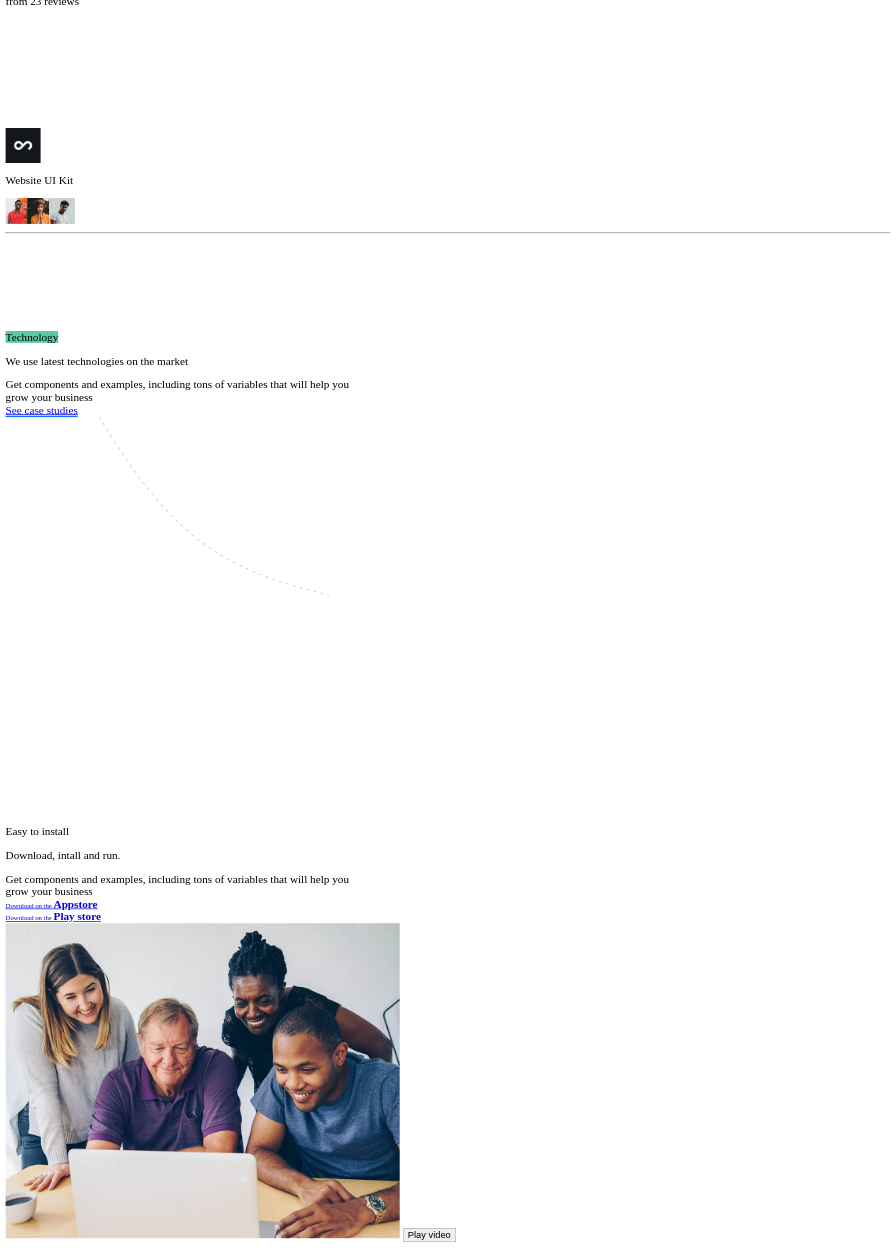
Repository: brandonc16/odoo-task
Page: components/hero.html
These files come from the project's save history. The page is drawn as it stood at one moment and after the next save; the edit follows.
The browser window is 1280 px wide. The pictures show the part of the page from y = 3417 to 5337 px (the page is 5200 px tall before and 5337 px after), at 70% of full size.

Above is the page before, as saved 2026-03-16 05:55:05.

### components/hero.html
<!-- SECTION CARD  -->
<div class="bg-primary text-white hero-style pb-10">
  <div class="pt-5">
    <div class="row align-items-center px-lg-10">
      <div class="col-12 col-lg-6 mb-5 mb-lg-0">
        <p class="display-4 fw-bold mb-4">Development done right</p>
        <p
          class="mb-4 text-white-50"
          style="font-size: 1.1rem; max-width: 400px"
        >
          Build a beautiful, modern website with flexible components built from
          scratch.
        </p>
        <button
          class="btn btn-light text-primary rounded-2 d-inline-flex align-items-center gap-2 fw-bold px-4 py-2 mb-5"
        >
          Get started <span class="fs-5">+</span>
        </button>

        <div class="d-flex align-items-center gap-4 flex-wrap mt-3">
          <span class="small text-white-50">Trusted by:</span>
          <span class="fw-bold d-flex align-items-center gap-1"
            ><i class="bi bi-google"></i>Google</span
          >
          <span class="fw-bold d-flex align-items-center gap-1"
            ><i class="bi bi-spotify"></i>Spotify</span
          >
          <span class="fw-bold fs-5">airbnb</span>
          <span class="fw-bold d-flex align-items-center gap-1"
            ><i class="bi bi-paypal"></i>PayPal</span
          >
        </div>
      </div>
      <div class="col-12 col-lg-6">
        <div
          class="card bg-white border-0 shadow-lg p-4 text-dark"
          style="
            border-radius: 1.5rem 1.5rem 4.5rem 1.5rem;
            max-width: 420px;
            margin: 0 auto;
          "
        >
          <div class="d-flex justify-content-between align-items-center mb-4">
            <p class="fw-bold" style="font-size: 0.85rem">Manage cards</p>
            <button
              class="btn btn-outline-secondary btn-sm px-3 rounded-2"
              style="font-size: 0.85rem"
            >
              Add new
            </button>
          </div>
          <div
            class="bg-card-dark text-white p-4 mb-4 shadow-sm"
            style="border-radius: 1rem"
          >
            <div class="d-flex justify-content-between align-items-start mb-4">
              <div class="d-flex">
                <a class="navbar-brand fw-fold fs-3" href="#">
                  <img
                    src="/assets/mastercard.svg"
                    alt="Odoo logo"
                    height="35"
                    class="d-inline-block align-text-top"
                  />
                </a>
              </div>
              <p
                class="badge bg-success text-success text-white border border-success border-opacity-25 px-2 py-1"
              >
                Active
              </p>
            </div>
            <p
              class="text-white-50 mb-1"
              style="font-size: 0.6rem; letter-spacing: 1px"
            >
              CARD NUMBER
            </p>
            <p class="mb-4" style="letter-spacing: 2px">
              4358 - 7421 - 9256 -6682
            </p>

            <div class="d-flex justify-content-between">
              <div>
                <p
                  class="text-white-50 mb-0"
                  style="font-family: 0.6rem; letter-spacing: 1px"
                >
                  NAME
                </p>
                <p class="mb-0 fw-bold small">John Snow</p>
              </div>
              <div>
                <p
                  class="text-white-50 mb-0"
                  style="font-family: 0.6rem; letter-spacing: 1px"
                >
                  EXPIRY DATE
                </p>
                <p class="mb-0 fw-bold small">11/23</p>
              </div>
            </div>
          </div>

          <div class="justify-content-between align-items-center mb-2">
            <div class="d-flex justify-content-between">
              <p class="mb-0 fw-bold">Starbucks</p>

              <span class="text-muted">$5,50 USD</span>
            </div>
            <p class="mb-0 text-muted" style="font-size: 0.85rem">
              Pending - San Francisco, United States
            </p>
            <hr
              class="text-secondary justify-content-between align-items-center mb-4"
            />

            <div class="d-flex justify-content-between">
              <p class="mb-0 fw-bold">Nike Sports</p>

              <span class="text-muted">$129,00 USD </span>
            </div>
            <p class="mb-0 text-muted" style="font-size: 0.85rem">
              Pending - Lisbon, Portugal
            </p>
            <hr
              class="text-secondary justify-content-between align-items-center mb-4"
            />

            <a href="#" class="text-decoration-underline text-primary"
              >View all</a
            >
          </div>
        </div>
      </div>
    </div>
  </div>
</div>
<!-- SECTION TOOLS -->

<div class="py-5 my-5">
  <div class="px-lg-10">
    <div class="row align-items-center">
      <div class="col-12 col-lg-6 mb-5 mb-lg-0">
        <div
          class="card border border-light border-1 shadow-sm p-4 p-lg-5 rounded-3 position-relative mt-n4 mt-lg-n5"
        >
          <div style="width: 90%">
            <p class="fw-bold mb-4 display-6">Awesome Projects</p>
            <div class="mb-4 p-3">
              <p class="fw-bold mb-2" style="font-size: 0.95">
                Create the new logo
              </p>
              <div class="progress rounded-pill" style="height: 6px">
                <div class="progress-bar- bg-warning" style="width: 45%"></div>
              </div>
            </div>
            <div class="mb-4 p-3">
              <p class="fw-bold mb-2" style="font-size: 0.95">
                Set up the color palette
              </p>
              <div class="progress rounded-pill" style="height: 6px">
                <div class="progress-bar- bg-warning" style="width: 60%"></div>
              </div>
            </div>

            <div class="mb-2 p-3">
              <div
                class="d-flex justify-content-between align-items-center mb-2"
              >
                <span class="fw-bold" style="font-size: 0.95rem">
                  Wireframe and prototype</span
                >
                <span style="font-size: 0.86rem"
                  >6:50 <i class="bi bi-chevron-right small"></i
                ></span>
              </div>

              <div class="progress rounded-pill" style="height: 6px">
                <div class="progress-bar- bg-warning" style="width: 80%"></div>
              </div>
            </div>
          </div>
        </div>
      </div>

      <div
        class="col-12 col-lg-5 offset-lg-1 text-center text-lg-start mt-5 mt-lg-0"
      >
      <span
      class="badge bg-warning text-white px-3 py-2 rounded-pill mb-4 fs-6"
    >
     Tools
    </span>
        <p class="display-5  mb-4">
          We build for designers and developers

        </p>
        <p
          class="text-muted fs-5 mb-3"
          style="max-width: 500px; margin: 0 auto"
        >
          Get components and examples, including tons of variables that will
          help you grow your bussines.
        </p>

        <div
          class="mt-4 mt-lg-5"
          style="width: 100%; max-width: 400px; z-index: 2"
        >
          <div class="rounded-2 overflow-hidden shadow-sm position-relative">
            <img
              src="/assets/img_01.jpg"
              alt="Team working"
              height="55"
              class="img-fluid w-100"
              style="height: 200px; object-fit: cover"
            />
            <button
              class="btn btn-light position-absolute top-0 end-0 m-3 fw-bold shadow-sm d-flex align-items-center gap-2 rounded-3"
            >
              Play video <i class="bi bi-play-fill"></i>
            </button>
          </div>
        </div>
      </div>
    </div>
  </div>
</div>

<svg
  class="position-absolute"
  style="
    top: 167%;
    left: 25%;
    z-index: 0;
    pointer-events: none;
    width: 50%;
    height: 83%;
  "
  viewBox="0 0 500 800"
  fill="none"
  xmlns="http://www.w3.org/2000/svg"
>
  <path
    d="M0,0 C150,250 250,300 450,350"
    stroke="#ced4da"
    stroke-width="2"
    stroke-dasharray="6 8"
    fill="none"
  />

  <!--   <path
    d="M400,600 C300,750 250,850 100,1000"
    stroke="#ced4da"
    stroke-width="2"
    stroke-dasharray="6 8"
    fill="none"
  /> -->
</svg>

<!-- SECTION FEATURES -->

<div class="py-5 my-5 position-relative overflow-hidden">
  <div class="row px-lg-10 align-items-center">
    <div class="col-12 col-lg-5 mb-5 mb-lg-0">
      <span
        class="badge text-white px-3 py-2 rounded-pill mb-4 fs-6"
        style="background-color: #5ccaa7"
      >
        Features
      </span>


      <p class="display-6 mb-4">
        Get components and examples, including tons of variables that will help
        you grow your business.

      </p>


      <div class="d-flex flex-column gap-3">
        <div class="d-flex align-items-center gap-3">
          <i class="bi bi-check-circle-fill fs-5" style="color: #5ccaa7"></i>
          <p class="fw-medium mt-3" style="color: #5ccaa7">
            Perfect for modern startups
          </p>
        </div>
      </div>
      <div class="d-flex flex-column gap-3">
        <div class="d-flex align-items-center gap-3">
          <i class="bi bi-check-circle-fill fs-5" style="color: #5ccaa7"></i>
          <p class="fw-medium mt-3" style="color: #5ccaa7">
            Fully customizable and scalable
          </p>
        </div>
      </div>
    </div>

    <div class="col-12 col-lg-6 offset-lg-1">
      <div class="position-relative shadow-lg rounded-3 overflow-hidden;">
        <img
          src="/assets/img_02.jpg"
          alt="Team working"
          height="auto"
          class="img-fluid w-100"
          style="height: 450px; object-fit: cover"
        />
        <button
          class="btn btn-light position-absolute top-0 end-0 m-3 fw-bold shadow-sm d-flex align-items-center gap-2 rounded-3"
        >
          Play video <i class="bi bi-play-fill"></i>
        </button>
      </div>
    </div>
  </div>
</div>

<!-- Section technology -->

<svg
  class="position-absolute"
  style="
    top: 243%;
    left: 25%;
    z-index: 0;
    pointer-events: none;
    width: 50%;
    height: 83%;
    transform: scaleX(-1);
  "
  viewBox="0 0 500 800"
  fill="none"
  xmlns="http://www.w3.org/2000/svg"
>
  <path
    d="M0,0 C150,250 250,300 450,350"
    stroke="#ced4da"
    stroke-width="2"
    stroke-dasharray="6 8"
    fill="none"
  />
</svg>

<!-- section technology -->

<div class="py-5 my-5 position-relative overflow-hidden">
  <div class="px-lg-10 position-relative" style="z-index: 1">
    <div class="row align-items-center">
      <div class="col-12 col-lg-6 mb-5 mb-lg-0">
        <div class="row g-4 align-items-center">
          <div class="col-12 col-sm-6">
            <div class="card border-0 shadow-sm rounded-2 overflow-hidden">
              <img src="/assets/person_03.jpg" alt="JH" style="height: 300px; object-fit: cover" />

              <div
                class="card-body d-flex align-items-center justify-content-between p-4"
              >
                <div class="d-flex align-items-center gap-2">
                  <div
                    class="rounded-circle bg-warning text-white d-flex align-items-center justify-content-center fw-bold"
                    style="width: 35px; height: 35px; font-size: 0.8rem"
                  >
                    JH
                  </div>
                  <span class=" mb-0" style="font-size: 0.9">
                    Jimmy Hendrix</span
                  >
                </div>
                <i class="bi bi-heart" style="cursor: pointer"></i>
              </div>

            </div>

            <div class="card border-0 shadow-sm rounded4 p-3 d-lfex flex-row align-items-center gap-3 mt-5">
              <div class="rounded-circle bg-success bg-opacity-50 text-white d-flex align-items-center justify-content-center flex shrink-0"
              style="width: 45px; height:45px">
             <i class="bi bi-check-lg fs-5"></i>
             </div>
             <div>
               <p class=" mb-0" style="font-size: 0.95">
                 300 + components
               </p>
               <p class="text-muted mb-0" style="font-size: 0.8rem">
                 Built to be customized
               </p>
             </div>
             </div>

          </div>




            <div class="col-12 col-sm-6 mt-sm-5">
              <div
                class="card border border-light border-1 shadow-sm rounded-3 mb-4 p-4 text-center d-flex flex-column justify-content-center"
                style="min-height: 290px"
              >
                <div class="mb-3 fs-4 fw-bold">
                  <img src="/assets/airbnb.svg" alt="airbnb logo" style="height: 50px" />
                </div>
                <div
                  class="text-warining mb-2 fs-6 gap-1 d-flex justify-content-center"
                >
                  <i class="bi bi-star-fill text-warning"></i>
                  <i class="bi bi-star-fill text-warning"></i>
                  <i class="bi bi-star-fill text-warning"></i>
                  <i class="bi bi-star-fill text-warning"></i>
                  <i class="bi bi-star text-secondary"></i>
                </div>
                <p class=" mb-1">4.95 out of 5 stars</p>
                <p class="text-muted mb-0">from 23 reviews</p>
              </div>

              <div
                class="card border border-light border-1 shadow-sm rounded-3 mb-4 p-4 text-center d-flex flex-column justify-content-center"
                style="min-height: 290px"
              >
                <div
                  class="rounded-circle bg-dark text-white mx-auto d-flex align-items-center justify-content-center mb-3"
                  style="width: 50px; height: 50"
                >
                <img src="/assets/company_01.png" class="rounded-circle" alt="airbnb logo" style="height: 50px" />
                </div>
                <div
                  class="text-warining mb-2 fs-6 gap-1 d-flex justify-content-center"
                >
                  <p class=" mb-3">Website UI Kit</p>
                </div>

                <div class="d-flex justify-content-center m-b">
                  <img
                  src="/assets/person_01.jpg"
                    alt="img"
                    class="rounded-circle border border-2 border-white"
                    style="
                      width: 37px;
                      height: 37px;
                      margin-right: -10px;
                      z-index: 3;
                    "
                  />
                  <img
                  src="/assets/person_02.jpg"
                    alt="img"
                    class="rounded-circle border border-2 border-white"
                    style="
                      width: 37px;
                      height: 37px;
                      margin-right: -10px;
                      z-index: 3;
                    "
                  />
                  <img
                  src="/assets/person_03.jpg"
                  alt="img"
                  class="rounded-circle border border-2 border-white"
                  style="
                    width: 37px;
                    height: 37px;
                    margin-right: -10px;
                    z-index: 3;
                  "
                />
                </div>
                <hr
                class="text-secondary justify-content-between align-items-center "
              />
                <div
                  class="d-flex justify-content-center gap-4 text-muted small mt-auto pt-2"
                >
                  <i class="bi bi-paperclip" style="cursor: pointer"></i>
                  <i class="bi bi-eye" style="cursor: pointer"></i>
                  <i class="bi bi-heart" style="cursor: pointer"></i>
                </div>
              </div>
            </div>
          </div>
        </div>
        <div
          class="col-12 col-lg-5 offset-lg-1 mt-5 mt-lg-0 text-center text-lg-start"
        >
          <span
            class="badge bg-primary text-white px-3 py-2 rounded-pill mb-4 fs-6"
            style="background-color: #5ccaa7"
          >
            Technology
          </span>


          <p class="display-5 mb-4">We use latest technologies on the market</p>

          <p
            class="text-muted fs-5 mb-4"
            style="max-width: 500px; margin: 0 auto 0 0"
          >
            Get components and examples, including tons of variables that will
            help you grow your business
          </p>
          <a
            href="#"
            class="text-primary text-decoration-none fw-medium pb-1"
            style="border-bottom: 2px solid #0d6efd"
            >See case studies</a
          >
        </div>


        </div>
      </div>

</div>

<svg
  class="position-absolute"
  style="
    top: 320%;
    left: 25%;
    z-index: 0;
    pointer-events: none;
    width: 50%;
    height: 83%;
  "
  viewBox="0 0 500 800"
  fill="none"
  xmlns="http://www.w3.org/2000/svg"
>
  <path
    d="M0,0 C150,250 250,300 450,350"
    stroke="#ced4da"
    stroke-width="2"
    stroke-dasharray="6 8"
    fill="none"
  />

  <!--   <path
    d="M400,600 C300,750 250,850 100,1000"
    stroke="#ced4da"
    stroke-width="2"
    stroke-dasharray="6 8"
    fill="none"
  /> -->
</svg>

<!-- section install -->

<div class="py-5 my-5 position-relative overflow-hidden">
  <div class="row px-lg-10 align-items-center">
    <div class="col-12 col-lg-5 mb-5 mb-lg-0">
      <span
        class="badge bg-warning text-white px-3 py-2 rounded-pill mb-4 fs-6"

      >
       Easy to install
      </span>

      <p class="display-6 mb-4"> Download, intall and run.</p>
      <p
      class="text-muted fs-5 mb-4"
      style="max-width: 500px; margin: 0 auto 0 0"
    >
      Get components and examples, including tons of variables that will
      help you grow your business
    </p>

      <div class="d-flex flex-wrap gap-3">
        <a href="#" class="btn btn-dark btn-lg px-4 d-flex align-items-center">
          <i class="bi bi-apple me-2 fs-2"></i>
          <div class="text-start">
            <small class="d-block" style="font-size:0.6rem">Download on the </small>
            <strong>Appstore</strong>
          </div>

        </a>
        <a href="#" class="btn btn-dark btn-lg px-4 d-flex align-items-center">
          <i class="bi bi-google-play me-2 fs-2"></i>
          <div class="text-start">
            <small class="d-block" style="font-size:0.6rem">Download on the </small>
            <strong>Play store</strong>
          </div>

        </a>
      </div>
    </div>

    <div class="col-12 col-lg-6 offset-lg-1">
      <div class="position-relative shadow-lg rounded-3 overflow-hidden;">
        <img
          src="/assets/img_03.jpg"
          alt="Team working"
          height="auto"
          class="img-fluid w-100"
          style="height: 450px; object-fit: cover"
        />
        <button
          class="btn btn-light position-absolute top-0 end-0 m-3 fw-bold shadow-sm d-flex align-items-center gap-2 rounded-3"
        >
          Play video <i class="bi bi-play-fill"></i>
        </button>
      </div>
    </div>
  </div>
</div>

<!-- section call to action  -->

After the next save:
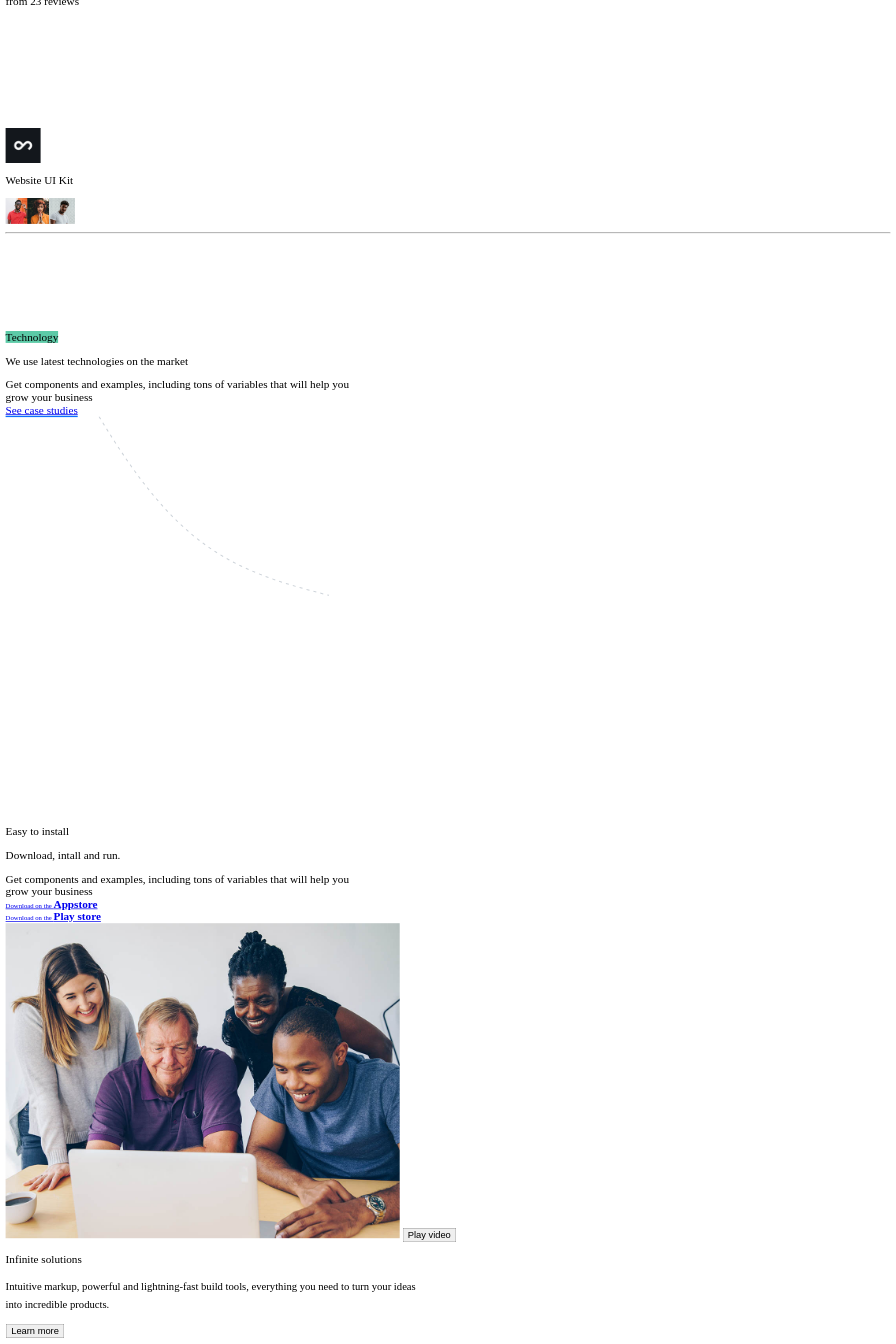
Saved 10 min 27 s later.
--- a/components/hero.html
+++ b/components/hero.html
@@ -604,3 +604,22 @@
 </div>
 
 <!-- section call to action  -->
+
+<div class="px-lg-10 py-5 my-5">
+    <div class="bg-card-dark text-white p-4 p-lg-5 shadow-lg" style="border-radius:0 5rem 0 5rem; ">
+      <div class="row align-items-center p-lg-3">
+        <div class="col-12 col-lg-8 mb-4  mb-lg-0">
+          <p class="fw-bold mb-3 fs-2">Infinite solutions</p>
+      <p class="text-white-50 mb-0" style="max-width:600px; line-height:1.6rem; font-size:0.95rem">
+        Intuitive markup, powerful and lightning-fast build tools,
+        everything you need to turn your ideas into incredible products.</p>
+        </div>
+        <div class="col-12 col-lg-4 text-start text-lg-end">
+          <button class="btn btn-light text-dark fw-bold px-4 py-2 rounded-2 d-inline-flex align-items-center gap-2 ">
+            Learn more <i class="bi bi-arrow-right"></i>
+          </button>
+        </div>
+      </div>
+
+    </div>
+</div>
